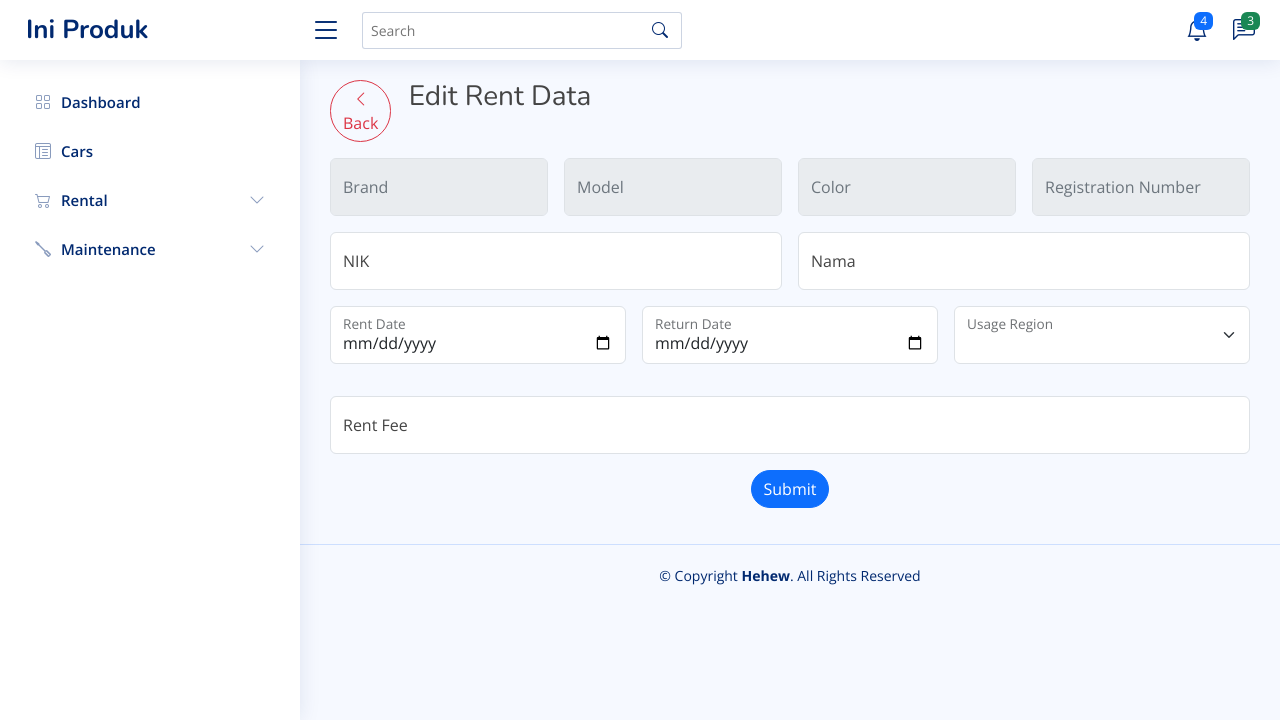
Repository: Jistoper/car_rental
Page: http://localhost/rent-edit
These files come from the project's save history. The page is drawn as it stood at one moment and after the next save; the edit follows.
The browser window is 1280 px wide. The pictures show the whole page.
The page is served by the project's Laravel application, run on PHP 8.4 with Laravel 9. Other server files are loaded and not shown.

Above is the page before, as saved 2023-06-28 21:35:52.

### routes/web.php
<?php

use Illuminate\Support\Facades\Route;
use App\Http\Controllers\carcontroller;

/*
|--------------------------------------------------------------------------
| Web Routes
|--------------------------------------------------------------------------
|
| Here is where you can register web routes for your application. These
| routes are loaded by the RouteServiceProvider within a group which
| contains the "web" middleware group. Now create something great!
|
*/

Route::get('/dashboard', function () {
    return view('backsite.dashboard');
})->name('dashboard');

Route::controller(CarController::class)->as('car.')->group(function(){
    Route::get('/car', 'getall')->name('getall'); // car index
    Route::get('/car-create', 'create')->name('create'); // car create (view form)
    Route::post('/car-create-store', 'storeCar')->name('store'); // car store (store data to database)
    Route::get('/car-edit-', 'editView')->name('edit'); // car edit (view form)
    Route::post('/car-edit-store', 'storeEdit')->name('storeEdit'); // car store edit (store changes to database)
    Route::delete('/car-delete-', 'delete')->name('delete'); // car delete (delete car data)

    Route::get('/rent', 'getListCar')->name('getListCar'); // rental index
    Route::get('/rent-car-', 'rentView')->name('rentView'); // rent create (view form)
    Route::post('/rent-car-store', 'rentStore')->name('rentStore'); // rent store create (store data to database)
    Route::get('/rent-history', 'getListRent')->name('getListRent'); // rental history index
    Route::get('/rent-edit', 'rentEditView')->name('rentEdit'); // rental edit (view form)
    Route::post('/rent-edit-store', 'rentEditStore')->name('rentStoreEdit'); // rental edit (view form)

    Route::get('/maintenance-registry', 'getCarMtn')->name('getCarMtn'); // maintenance index
    Route::get('/maintenance-history', 'getListMtn')->name('getListMtn'); // maintenance index
    Route::get('/maintenance-add-', 'createMtn')->name('createMtn'); // maintenance create (view form)
    Route::post('/maintenance-add-store', 'storeMtn')->name('storeMtn'); // maintenance store create (store data to database)
    Route::get('/maintenance-edit', 'mtnEditView')->name('mtnEdit'); // maintenance edit (view form)
    Route::post('/maintenance-edit-store', 'mtnEditStore')->name('mtnStoreEdit'); // maintenance store edit (store changes to database)
});

### resources/views/backsite/content/rent/editrent.blade.php
@extends('backsite.dashboard')

@section('content')

<div>
    <div class="pagetitle row mb-3">
        <div class="col-md-1">
        <a type="button" href="{{ route('car.getListRent') }}" class="btn btn-outline-danger rounded-pill bi-chevron-left"> Back</a>
        </div>
        <h3 class="col-md-4">Edit Rent Data</h3>
    </div>
    <form action="{{ route('car.rentStoreEdit', $data['rental_id']) }}" method="POST" class="row g-3">
        @csrf
        <input type="hidden" name="rental_id" id="rental_id" value="{{ $data['rental_id'] }}">
        <input type="hidden" name="car_id" id="car_id" value="{{ $data['car_id'] }}">
        <div class="col-md-3">
            <div class="form-floating">
                <input type="text" name="brand" id="brand" class="form-control" value="{{ $data['brand'] }}" placeholder="Brand" disabled>
                <label for="brand">Brand</label>
            </div>
        </div>
        <div class="col-md-3">
            <div class="form-floating">
                <input type="text" name="model" id="model" class="form-control" value="{{ $data['model'] }}" placeholder="Model" disabled>
                <label for="model">Model</label>
            </div>
        </div>
        <div class="col-md-3">
            <div class="form-floating">
                <input type="text" name="color" id="color" class="form-control" value="{{ $data['color'] }}" placeholder="Color" disabled>
                <label for="color">Color</label>
            </div>
        </div>
        <div class="col-md-3">
            <div class="form-floating">
                <input type="text" name="registration_number" id="registration_number" class="form-control" value="{{ $data['registration_number'] }}" placeholder="Registration Number" disabled>
                <label for="registration_number">Registration Number</label>
            </div>
        </div>
        <div class="col-md-6">
            <div class="form-floating">
                <input type="text" name="nik" id="nik" class="form-control @error('nik') border-red-500 @enderror" placeholder="NIK" value="{{ $data['nik'] }}">
                <label for="nik">NIK</label>
            </div>
        </div>
        <div class="col-md-6">
            <div class="form-floating">
                <input type="text" name="name" id="name" class="form-control @error('name') border-red-500 @enderror" placeholder="Name" value="{{ $data['name'] }}">
                <label for="name">Nama</label>
            </div>
        </div>
        <div class="col-md-4">
            <div class="form-floating">
                <input type="date" name="rental_date" id="rental_date" class="form-control" placeholder="Rent Date" value="{{ $data['rental_date'] }}">
                <label for="rental_date">Rent Date</label>
            </div>
        </div>
        <div class="col-md-4">
            <div class="form-floating">
                <input type="date" name="return_date" id="return_date" class="form-control" placeholder="Return Date" value="{{ $data['return_date'] }}">
                <label for="return_date">Return Date</label>
            </div>
        </div>
        <div class="col-md-4">
            <div class="form-floating mb-3">
                <select class="form-select" id="usage_region" name="usage_region" aria-label="usage_region">
                    <option selected>{{ $data['usage_region'] }}</option>
                    <option value="Sukun">Sukun</option>
                    <option value="Lowokwaru">Lowokwaru</option>
                    <option value="Klojen">Klojen</option>
                    <option value="Kedungkandang">Kedungkandang</option>
                    <option value="Blimbing">Blimbing</option>
                </select>
                <label for="usage_region">Usage Region</label>
            </div>
        </div>
        <div class="col-md-12">
            <div class="form-floating">
                <input type="text" name="total_price" id="total_price" class="form-control" placeholder="Rent Fee" value="{{ $data['total_price'] }}">
                <label for="total_price">Rent Fee</label>
            </div>
        </div>
        <div class="text-center mb-3">
            <button class="btn btn-primary rounded-pill" onclick="getContent()" type="submit">
                <span>
                    Submit
                </span>
            </button>
        </div>
      </form><!-- End floating Labels Form -->
</div>

@endsection

### resources/views/backsite/partials/header.blade.php
<header id="header" class="header fixed-top d-flex align-items-center">
    <div class="d-flex align-items-center justify-content-between">
      <a href="{{ route('dashboard') }}" class="logo d-flex align-items-center">
        <img src="assets/img/logo.png" alt="">
        <span class="d-none d-lg-block">Ini Produk</span>
      </a>
      <i class="bi bi-list toggle-sidebar-btn"></i>
    </div><!-- End Logo -->

    <div class="search-bar">
      <form class="search-form d-flex align-items-center" method="POST" action="#">
        <input type="text" name="query" placeholder="Search" title="Enter search keyword">
        <button type="submit" title="Search"><i class="bi bi-search"></i></button>
      </form>
    </div><!-- End Search Bar -->

    <nav class="header-nav ms-auto">
      <ul class="d-flex align-items-center">

        <li class="nav-item d-block d-lg-none">
          <a class="nav-link nav-icon search-bar-toggle " href="#">
            <i class="bi bi-search"></i>
          </a>
        </li><!-- End Search Icon-->

        <li class="nav-item dropdown">

          <a class="nav-link nav-icon" href="#" data-bs-toggle="dropdown">
            <i class="bi bi-bell"></i>
            <span class="badge bg-primary badge-number">4</span>
          </a><!-- End Notification Icon -->

          <ul class="dropdown-menu dropdown-menu-end dropdown-menu-arrow notifications">
            <li class="dropdown-header">
              You have 4 new notifications
              <a href="#"><span class="badge rounded-pill bg-primary p-2 ms-2">View all</span></a>
            </li>
            <li>
              <hr class="dropdown-divider">
            </li>

            <li class="notification-item">
              <i class="bi bi-exclamation-circle text-warning"></i>
              <div>
                <h4>Lorem Ipsum</h4>
                <p>Quae dolorem earum veritatis oditseno</p>
                <p>30 min. ago</p>
              </div>
            </li>

            <li>
              <hr class="dropdown-divider">
            </li>

            <li class="notification-item">
              <i class="bi bi-x-circle text-danger"></i>
              <div>
                <h4>Atque rerum nesciunt</h4>
                <p>Quae dolorem earum veritatis oditseno</p>
                <p>1 hr. ago</p>
              </div>
            </li>

            <li>
              <hr class="dropdown-divider">
            </li>

            <li class="notification-item">
              <i class="bi bi-check-circle text-success"></i>
              <div>
                <h4>Sit rerum fuga</h4>
                <p>Quae dolorem earum veritatis oditseno</p>
                <p>2 hrs. ago</p>
              </div>
            </li>

            <li>
              <hr class="dropdown-divider">
            </li>

            <li class="notification-item">
              <i class="bi bi-info-circle text-primary"></i>
              <div>
                <h4>Dicta reprehenderit</h4>
                <p>Quae dolorem earum veritatis oditseno</p>
                <p>4 hrs. ago</p>
              </div>
            </li>

            <li>
              <hr class="dropdown-divider">
            </li>
            <li class="dropdown-footer">
              <a href="#">Show all notifications</a>
            </li>

          </ul><!-- End Notification Dropdown Items -->

        </li><!-- End Notification Nav -->

        <li class="nav-item dropdown">

          <a class="nav-link nav-icon" href="#" data-bs-toggle="dropdown">
            <i class="bi bi-chat-left-text"></i>
            <span class="badge bg-success badge-number">3</span>
          </a><!-- End Messages Icon -->

          <ul class="dropdown-menu dropdown-menu-end dropdown-menu-arrow messages">
            <li class="dropdown-header">
              You have 3 new messages
              <a href="#"><span class="badge rounded-pill bg-primary p-2 ms-2">View all</span></a>
            </li>
            <li>
              <hr class="dropdown-divider">
            </li>

            <li class="message-item">
              <a href="#">
                <img src="assets/img/messages-1.jpg" alt="" class="rounded-circle">
                <div>
                  <h4>Maria Hudson</h4>
                  <p>Velit asperiores et ducimus soluta repudiandae labore officia est ut...</p>
                  <p>4 hrs. ago</p>
                </div>
              </a>
            </li>
            <li>
              <hr class="dropdown-divider">
            </li>

            <li class="message-item">
              <a href="#">
                <img src="assets/img/messages-2.jpg" alt="" class="rounded-circle">
                <div>
                  <h4>Anna Nelson</h4>
                  <p>Velit asperiores et ducimus soluta repudiandae labore officia est ut...</p>
                  <p>6 hrs. ago</p>
                </div>
              </a>
            </li>
            <li>
              <hr class="dropdown-divider">
            </li>

            <li class="message-item">
              <a href="#">
                <img src="assets/img/messages-3.jpg" alt="" class="rounded-circle">
                <div>
                  <h4>David Muldon</h4>
                  <p>Velit asperiores et ducimus soluta repudiandae labore officia est ut...</p>
                  <p>8 hrs. ago</p>
                </div>
              </a>
            </li>
            <li>
              <hr class="dropdown-divider">
            </li>

            <li class="dropdown-footer">
              <a href="#">Show all messages</a>
            </li>

          </ul><!-- End Messages Dropdown Items -->

        </li><!-- End Messages Nav -->

        {{-- <li class="nav-item dropdown pe-3">

          <a class="nav-link nav-profile d-flex align-items-center pe-0" href="#" data-bs-toggle="dropdown">
            <img src="assets/img/profile-img.jpg" alt="Profile" class="rounded-circle">
            <span class="d-none d-md-block dropdown-toggle ps-2">K. Anderson</span>
          </a>

          <ul class="dropdown-menu dropdown-menu-end dropdown-menu-arrow profile">
            <li class="dropdown-header">
              <h6>Kevin Anderson</h6>
              <span>Web Designer</span>
            </li>
            <li>
              <hr class="dropdown-divider">
            </li>

            <li>
              <a class="dropdown-item d-flex align-items-center" href="users-profile.html">
                <i class="bi bi-person"></i>
                <span>My Profile</span>
              </a>
            </li>
            <li>
              <hr class="dropdown-divider">
            </li>

            <li>
              <a class="dropdown-item d-flex align-items-center" href="users-profile.html">
                <i class="bi bi-gear"></i>
                <span>Account Settings</span>
              </a>
            </li>
            <li>
              <hr class="dropdown-divider">
            </li>

            <li>
              <a class="dropdown-item d-flex align-items-center" href="pages-faq.html">
                <i class="bi bi-question-circle"></i>
                <span>Need Help?</span>
              </a>
            </li>
            <li>
              <hr class="dropdown-divider">
            </li>

            <li>
              <a class="dropdown-item d-flex align-items-center" href="#">
                <i class="bi bi-box-arrow-right"></i>
                <span>Sign Out</span>
              </a>
            </li>

          </ul><!-- End Profile Dropdown Items -->
        </li><!-- End Profile Nav --> --}}

      </ul>
    </nav><!-- End Icons Navigation -->
</header>

### resources/views/backsite/partials/sidebar.blade.php
<aside id="sidebar" class="sidebar">

    <ul class="sidebar-nav" id="sidebar-nav">

      <li class="nav-item">
        <a class="nav-link collapsed" href="{{ route('dashboard') }}">
          <i class="bi bi-grid"></i>
          <span>Dashboard</span>
        </a>
      </li><!-- End Dashboard Nav -->

      <li class="nav-item">
        <a class="nav-link collapsed" href="{{ route('car.getall') }}">
          <i class="bi bi-layout-text-window-reverse"></i><span>Cars</span>
        </a>
      </li>

      <li class="nav-item">
        <a class="nav-link collapsed" data-bs-target="#rent-nav" data-bs-toggle="collapse" href="#">
          <i class="bi bi-cart2"></i><span>Rental</span><i class="bi bi-chevron-down ms-auto"></i>
        </a>
        <ul id="rent-nav" class="nav-content collapse" data-bs-parent="#sidebar-nav">
          <li>
            <a class="nav-link collapsed" href="{{ route('car.getListCar') }}">
              <i class="bi bi-plus-circle-dotted"></i><span>Rent Car</span>
            </a>
          </li>
          <li>
            <a class="nav-link collapsed" href="{{ route('car.getListRent') }}">
              <i class="bi bi-collection"></i><span>History</span>
            </a>
          </li>
        </ul>
      </li>

      <li class="nav-item">
        <a class="nav-link collapsed" data-bs-target="#maintenance-nav" data-bs-toggle="collapse" href="#">
          <i class="bi bi-screwdriver"></i><span>Maintenance</span><i class="bi bi-chevron-down ms-auto"></i>
        </a>
        <ul id="maintenance-nav" class="nav-content collapse" data-bs-parent="#sidebar-nav">
          <li>
            <a class="nav-link collapsed" href="{{ route('car.getCarMtn') }}">
              <i class="bi bi-plus-circle-dotted"></i><span>Registry</span>
            </a>
          </li>
          <li>
            <a class="nav-link collapsed" href="{{ route('car.getListMtn') }}">
              <i class="bi bi-collection"></i><span>History</span>
            </a>
          </li>
        </ul>
      </li>
    </ul>

  </aside><!-- End Sidebar-->

### public/assets/simple-datatables/style.css
.datatable-wrapper.no-header .datatable-container {
	border-top: 1px solid #d9d9d9;
}

.datatable-wrapper.no-footer .datatable-container {
	border-bottom: 1px solid #d9d9d9;
}

.datatable-top,
.datatable-bottom {
	padding: 8px 10px;
}

.datatable-top > nav:first-child,
.datatable-top > div:first-child,
.datatable-bottom > nav:first-child,
.datatable-bottom > div:first-child {
	float: left;
}

.datatable-top > nav:last-child,
.datatable-top > div:last-child,
.datatable-bottom > nav:last-child,
.datatable-bottom > div:last-child {
	float: right;
}

.datatable-selector {
	padding: 6px;
}

.datatable-input {
	padding: 6px 12px;
}

.datatable-info {
	margin: 7px 0;
}

/* PAGER */
.datatable-pagination ul {
	margin: 0;
	padding-left: 0;
}

.datatable-pagination li {
	list-style: none;
	float: left;
}

.datatable-pagination li.datatable-hidden {
    visibility: hidden;
}

.datatable-pagination a {
	border: 1px solid transparent;
	float: left;
	margin-left: 2px;
	padding: 6px 12px;
	position: relative;
	text-decoration: none;
	color: #333;
    cursor: pointer;
}

.datatable-pagination a:hover {
	background-color: #d9d9d9;
}

.datatable-pagination .datatable-active a,
.datatable-pagination .datatable-active a:focus,
.datatable-pagination .datatable-active a:hover {
	background-color: #d9d9d9;
	cursor: default;
}

.datatable-pagination .datatable-ellipsis a,
.datatable-pagination .datatable-disabled a,
.datatable-pagination .datatable-disabled a:focus,
.datatable-pagination .datatable-disabled a:hover {
    pointer-events: none;
    cursor: default;
}

.datatable-pagination .datatable-disabled a,
.datatable-pagination .datatable-disabled a:focus,
.datatable-pagination .datatable-disabled a:hover {
	cursor: not-allowed;
	opacity: 0.4;
}

.datatable-pagination .datatable-pagination a {
	font-weight: bold;
}

/* TABLE */
.datatable-table {
	max-width: 100%;
	width: 100%;
	border-spacing: 0;
	border-collapse: separate;
}

.datatable-table > tbody > tr > td,
.datatable-table > tbody > tr > th,
.datatable-table > tfoot > tr > td,
.datatable-table > tfoot > tr > th,
.datatable-table > thead > tr > td,
.datatable-table > thead > tr > th {
	vertical-align: top;
	padding: 8px 10px;
}

.datatable-table > thead > tr > th {
	vertical-align: bottom;
	text-align: left;
	border-bottom: 1px solid #d9d9d9;
}

.datatable-table > tfoot > tr > th {
	vertical-align: bottom;
	text-align: left;
	border-top: 1px solid #d9d9d9;
}

.datatable-table th {
	vertical-align: bottom;
	text-align: left;
}

.datatable-table th a {
	text-decoration: none;
	color: inherit;
}

.datatable-sorter, .datatable-filter {
	display: inline-block;
	height: 100%;
	position: relative;
	width: 100%;
}

.datatable-sorter::before,
.datatable-sorter::after {
	content: "";
	height: 0;
	width: 0;
	position: absolute;
	right: 4px;
	border-left: 4px solid transparent;
	border-right: 4px solid transparent;
	opacity: 0.2;
}


.datatable-sorter::before {
	border-top: 4px solid #000;
	bottom: 0px;
}

.datatable-sorter::after {
	border-bottom: 4px solid #000;
	border-top: 4px solid transparent;
	top: 0px;
}

.datatable-ascending .datatable-sorter::after,
.datatable-descending .datatable-sorter::before,
.datatable-ascending .datatable-filter::after,
.datatable-descending .datatable-filter::before {
	opacity: 0.6;
}

.datatable-filter::before {
    content: "";
    position: absolute;
    right: 4px;
    opacity: 0.2;
    width: 0;
    height: 0;
    border-left: 7px solid transparent;
    border-right: 7px solid transparent;
	border-radius: 50%;
    border-top: 10px solid #000;
    top: 25%;
}

.datatable-filter-active .datatable-filter::before {
    opacity: 0.6;
}

.datatable-empty {
	text-align: center;
}

.datatable-top::after, .datatable-bottom::after {
	clear: both;
	content: " ";
	display: table;
}

table.datatable-table:focus tr.datatable-cursor > td:first-child {
	border-left: 3px blue solid;
}

table.datatable-table:focus {
	outline: solid 1px black;
    outline-offset: -1px;
}

Loaded but not shown: app/Http/Controllers/Controller.php (common file); public/assets/bootstrap/css/bootstrap.min.css (library); public/assets/bootstrap-icons/bootstrap-icons.css (library); public/assets/boxicons/css/boxicons.min.css (library); public/assets/apexcharts/apexcharts.min.js (library); public/assets/bootstrap/js/bootstrap.bundle.min.js (library); public/assets/chart.js/chart.umd.js (library); public/assets/echarts/echarts.min.js (library); public/assets/quill/quill.min.js (library); public/assets/simple-datatables/simple-datatables.js (library); public/assets/tinymce/tinymce.min.js (library); public/js/main.js (321 lines, source omitted); public/assets/php-email-form/validate.js (85 lines, source omitted); public/assets/remixicon/remixicon.css (2526 lines, source omitted); resources/views/backsite/dashboard.blade.php (740 lines, source omitted); public/assets/quill/quill.bubble.css (952 lines, source omitted); public/assets/quill/quill.snow.css (945 lines, source omitted); public/css/style.css (1233 lines, source omitted); app/Http/Controllers/carcontroller.php (276 lines, source omitted)

After the next save:
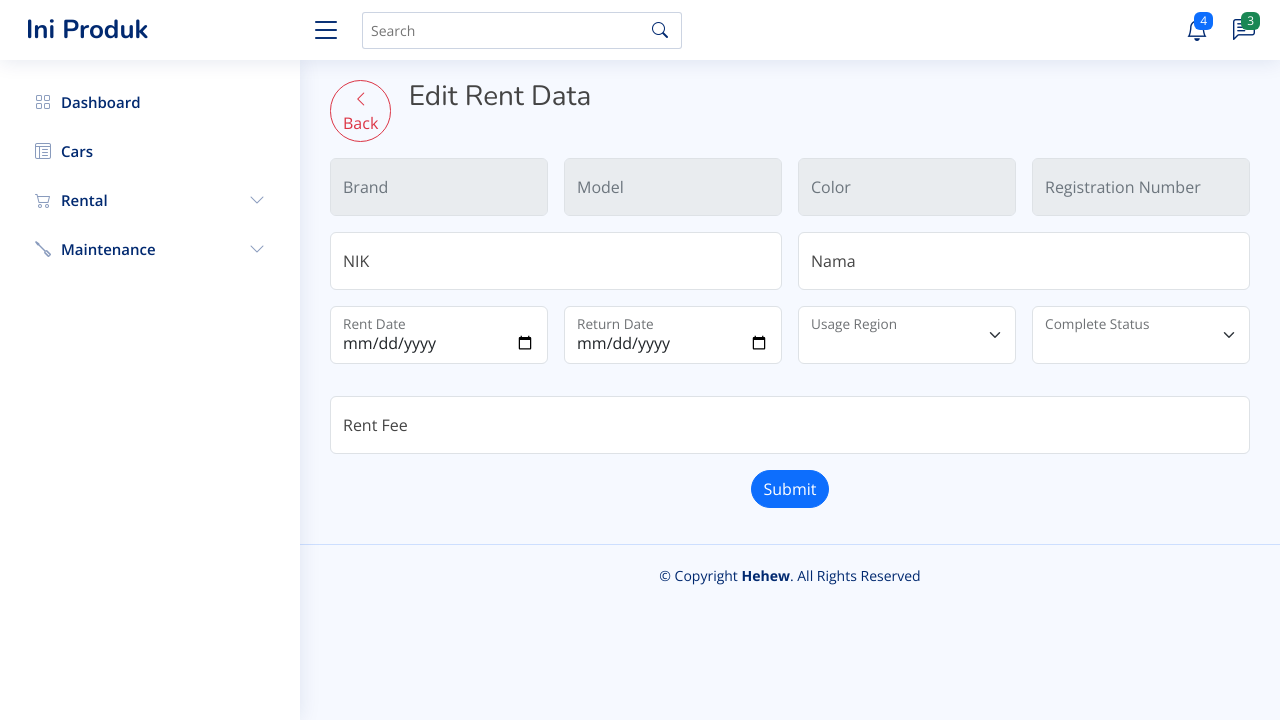
Saved 108 s later.
--- a/resources/views/backsite/content/rent/editrent.blade.php
+++ b/resources/views/backsite/content/rent/editrent.blade.php
@@ -49,19 +49,19 @@
                 <label for="name">Nama</label>
             </div>
         </div>
-        <div class="col-md-4">
+        <div class="col-md-3">
             <div class="form-floating">
                 <input type="date" name="rental_date" id="rental_date" class="form-control" placeholder="Rent Date" value="{{ $data['rental_date'] }}">
                 <label for="rental_date">Rent Date</label>
             </div>
         </div>
-        <div class="col-md-4">
+        <div class="col-md-3">
             <div class="form-floating">
                 <input type="date" name="return_date" id="return_date" class="form-control" placeholder="Return Date" value="{{ $data['return_date'] }}">
                 <label for="return_date">Return Date</label>
             </div>
         </div>
-        <div class="col-md-4">
+        <div class="col-md-3">
             <div class="form-floating mb-3">
                 <select class="form-select" id="usage_region" name="usage_region" aria-label="usage_region">
                     <option selected>{{ $data['usage_region'] }}</option>
@@ -72,6 +72,19 @@
                     <option value="Blimbing">Blimbing</option>
                 </select>
                 <label for="usage_region">Usage Region</label>
+            </div>
+        </div>
+        <div class="col-md-3">
+            <div class="form-floating mb-3">
+                <select class="form-select" id="is_completed" name="is_completed" aria-label="is_completed">
+                    <option selected>{{ $data['usage_region'] }}</option>
+                    <option value="Sukun">Sukun</option>
+                    <option value="Lowokwaru">Lowokwaru</option>
+                    <option value="Klojen">Klojen</option>
+                    <option value="Kedungkandang">Kedungkandang</option>
+                    <option value="Blimbing">Blimbing</option>
+                </select>
+                <label for="is_completed">Complete Status</label>
             </div>
         </div>
         <div class="col-md-12">
